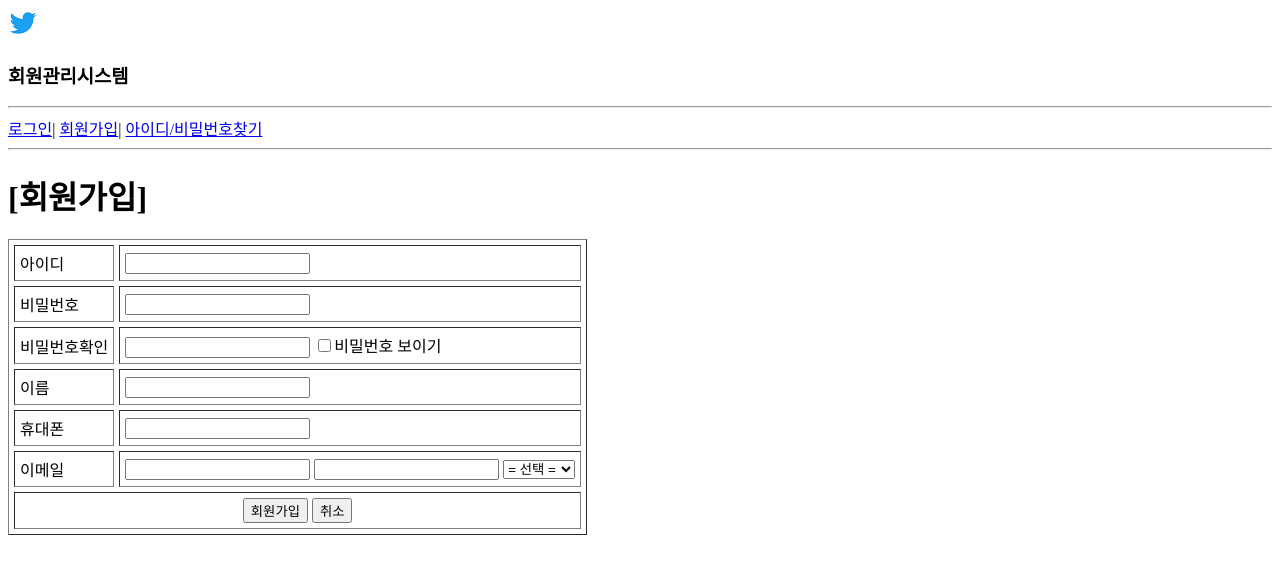
Repository: jelly02/workspace_web
Page: workspace_webui_LECTURE/04.css_basic/src/main/webapp/joinMember.html
The author's editor kept a copy of each file at every save. The page is drawn from the files as they stood at one save, then again after the next save.
The browser window is 1280 px wide. The pictures show the whole page.

Above is the page before, as saved 2021-06-28 05:41:25.

After the next save:
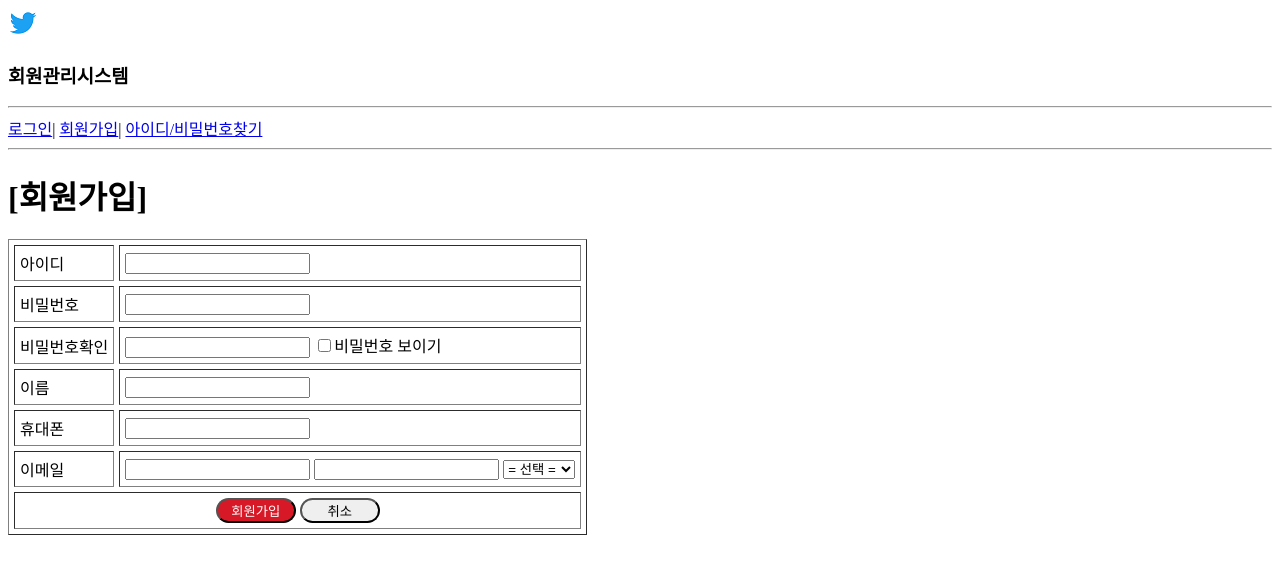
Saved 63 s later.
--- a/workspace_webui_LECTURE/04.css_basic/src/main/webapp/joinMember.html
+++ b/workspace_webui_LECTURE/04.css_basic/src/main/webapp/joinMember.html
@@ -72,8 +72,8 @@
 	<!-- submit / reset -->
 	<tr>
 		<td colspan="2" align="center">
-			<input type="submit" value="회원가입">
-			<input type="reset" value="취소">
+			<input type="submit" value="회원가입" class="btn_submit normal">
+			<input type="reset" value="취소" class="normal">
 		</td>
 	</tr>
 </form>
